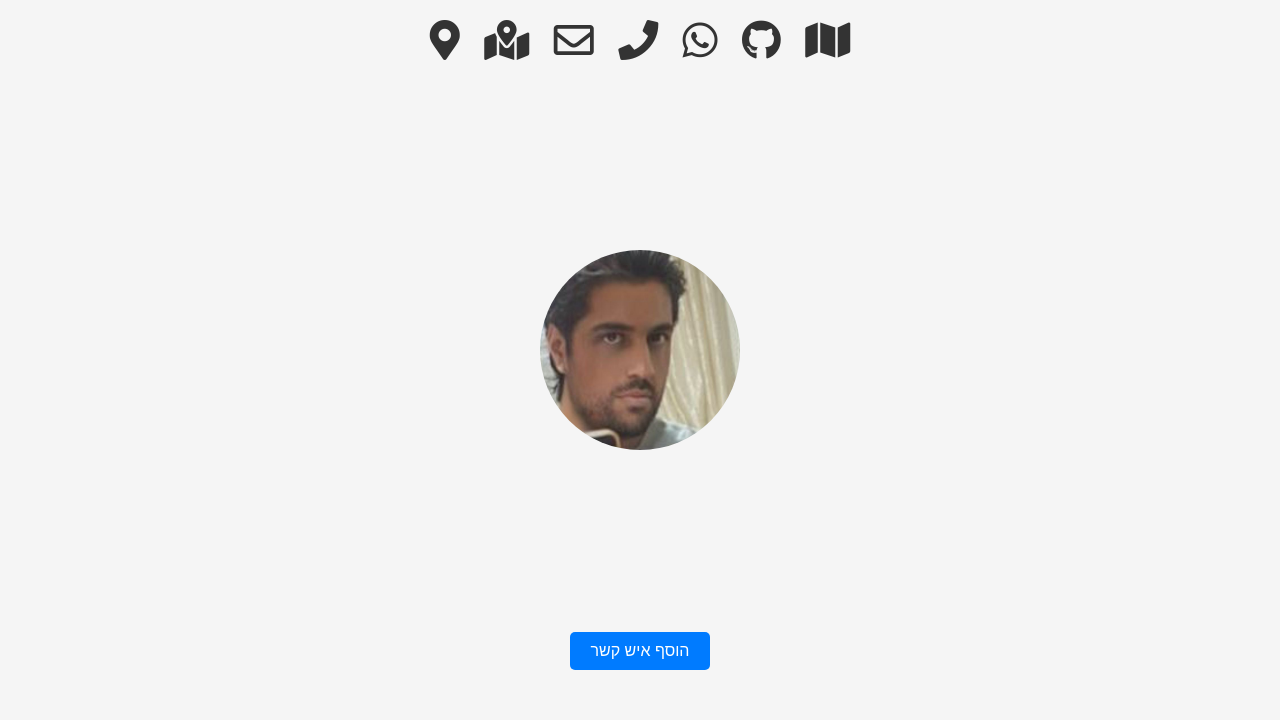
Repository: RL20/Business-Card
Page: index.html
These files come from the project's save history. The page is drawn as it stood at one moment and after the next save; the edit follows.
The browser window is 1280 px wide. The pictures show the whole page.

Above is the page before, as saved 2024-05-15 03:39:26.

### index.html
<!DOCTYPE html>
<html lang="en">
  <head>
    <meta charset="UTF-8" />
    <meta name="viewport" content="width=device-width, initial-scale=1.0" />
    <title>Contact Information</title>
    <link rel="stylesheet" href="https://cdnjs.cloudflare.com/ajax/libs/font-awesome/5.15.4/css/all.min.css" />
    <style>
      body {
        font-family: Arial, sans-serif;
        margin: 0;
        padding: 0;
        background-color: #f5f5f5;
        display: flex;
        flex-direction: column;
        align-items: center;
        /* justify-content: center; */
        justify-content: space-between;
        min-height: 100vh;
      }
      .icons {
        text-align: center;
        margin-top: 20px;
      }
      .icons i {
        font-size: 2.5rem;
        margin: 0 10px;
        color: #333;
        transition: color 0.3s;
      }
      .icons i:hover {
        color: gold;
      }
      .button-container {
        text-align: center;
        margin-bottom: 50px;
      }
      .button {
        background-color: #007bff;
        color: #fff;
        border: none;
        padding: 10px 20px;
        border-radius: 5px;
        cursor: pointer;
        font-size: 1rem;
        transition: background-color 0.3s;
      }
      .button:hover {
        background-color: #0056b3;
      }
      .profile-img {
        top: 0;
        position: absolute;
        width: 200px;
        height: 200px;
        overflow: hidden;
        border-radius: 50%;
        display: flex;
        justify-content: center;
        align-items: center;
        animation: slideDown 2s forwards; /* Apply the animation */
      }
      @keyframes slideDown {
        0% {
          top: -200px; /* Start above the viewport */
        }
        100% {
          top: 250px; /* End position */
        }
      }

      .profile-img img {
        width: 100%;
        height: 100%;
        object-fit: cover;
      }
    </style>
  </head>
  <body>
    <div class="profile-img">
      <img src="./RLS.png" alt="Profile Image" />
    </div>

    <div class="icons">
      <a href="https://www.waze.com/ul?q=חטיבת הנחל 16 חדרה" target="_blank"><i class="fas fa-map-marker-alt"></i></a>
      <a href="https://www.google.com/maps?q=חטיבת הנחל 16 חדרה" target="_blank"
        ><i class="fas fa-map-marked-alt"></i
      ></a>
      <a href="mailto:harel_shalom@yahoo.com"><i class="far fa-envelope"></i></a>
      <a href="tel:0526966833"><i class="fas fa-phone"></i></a>
      <a href="https://wa.me/972526966833" target="_blank"><i class="fab fa-whatsapp"></i></a>
      <a href="https://github.com/RL20" target="_blank"><i class="fab fa-github"></i></a>
      <a href="#" onclick="openNavigationApp(); return false;"><i class="fas fa-map"></i></a>
    </div>
    <div class="button-container">
      <button class="button" onclick="downloadVCard()">הוסף איש קשר</button>
    </div>

    <script>
      function openNavigationApp() {
        var app = prompt("באיזו אפליקציה תרצה לפתוח את הניווט?\n1. וויז\n2. גוגל מפות");
        var address = encodeURI("חטיבת הנחל 16 חדרה");
        if (app === "1") {
          window.location.href = "https://www.waze.com/ul?q=" + address;
        } else if (app === "2") {
          window.location.href = "https://www.google.com/maps?q=" + address;
        } else {
          alert("אנא בחר אפליקציה חוקית.");
        }
      }

      function downloadVCard() {
        var contactName = "_RLS_הראל שלום";
        var phoneNumber = "0526966833";
        var email = "harel_shalom@yahoo.com";
        var address = 'חטיבת הנח"ל 16, חדרה';
        var website = "https://rl20.github.io/Bussines-Card/";
        var title = "RLS פיתוח תוכנה";
        var photoURL = "https://raw.githubusercontent.com/RL20/Bussines-Card/main/RLS.png";

        var vCardData =
          "BEGIN:VCARD\n" +
          "VERSION:3.0\n" +
          "FN:" +
          contactName +
          "\n" +
          "TEL;TYPE=CELL:" +
          phoneNumber +
          "\n" +
          "EMAIL:" +
          email +
          "\n" +
          "ADR;TYPE=HOME:" +
          address +
          "\n" +
          "URL:" +
          website +
          "\n" +
          "TITLE:" +
          title +
          "\n" +
          "PHOTO;VALUE=URL:" +
          photoURL +
          "\n" +
          "END:VCARD";

        var blob = new Blob([vCardData], { type: "text/vcard" });
        var url = window.URL.createObjectURL(blob);
        var a = document.createElement("a");
        a.href = url;
        a.download = "contact.vcf";
        document.body.appendChild(a);
        a.click();
        document.body.removeChild(a);
      }
    </script>
  </body>
</html>

After the next save:
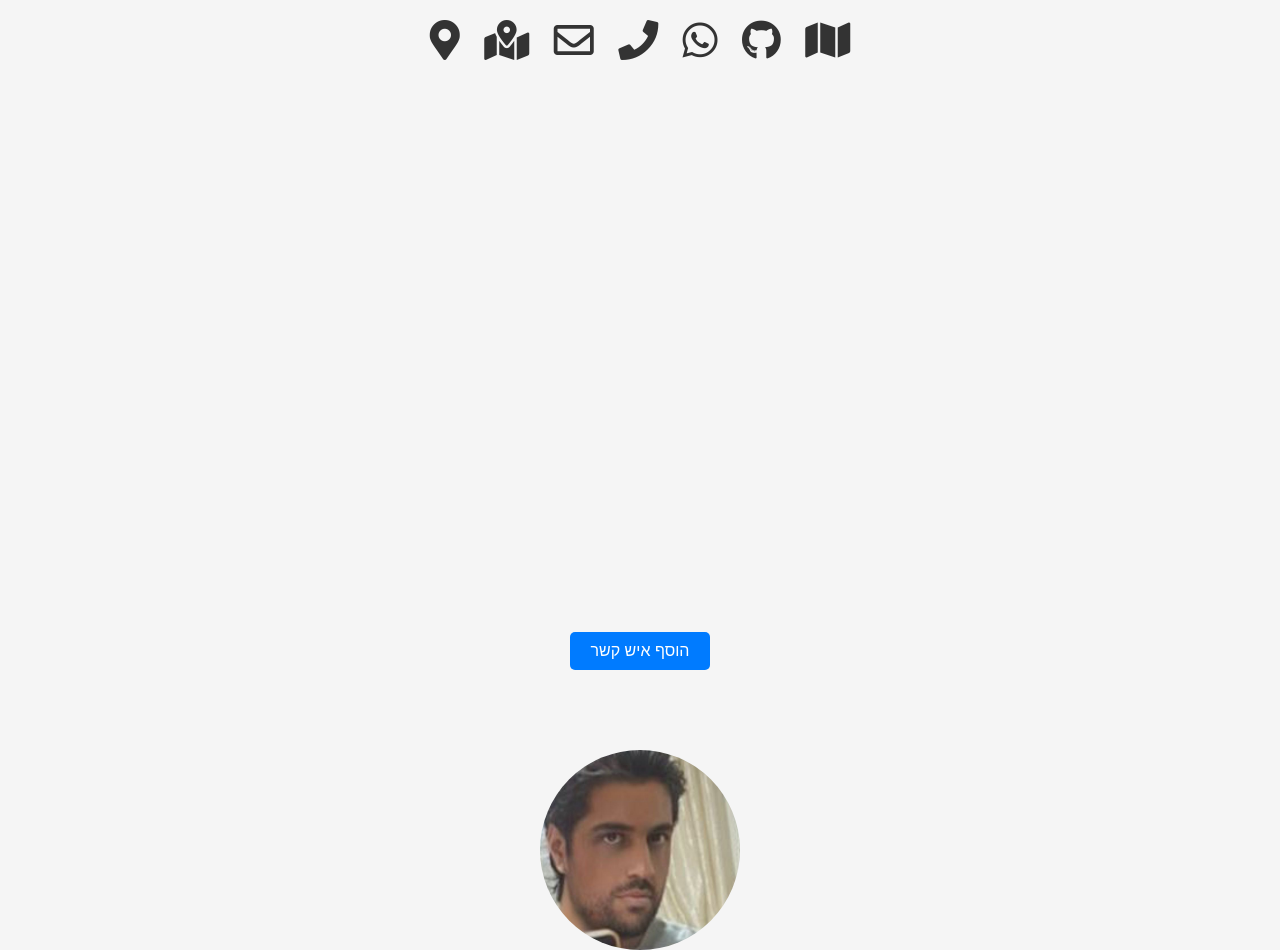
Saved 3 min 42 s later.
--- a/index.html
+++ b/index.html
@@ -59,6 +59,7 @@
         justify-content: center;
         align-items: center;
         animation: slideDown 2s forwards; /* Apply the animation */
+        margin-top: 500px;
       }
       @keyframes slideDown {
         0% {
